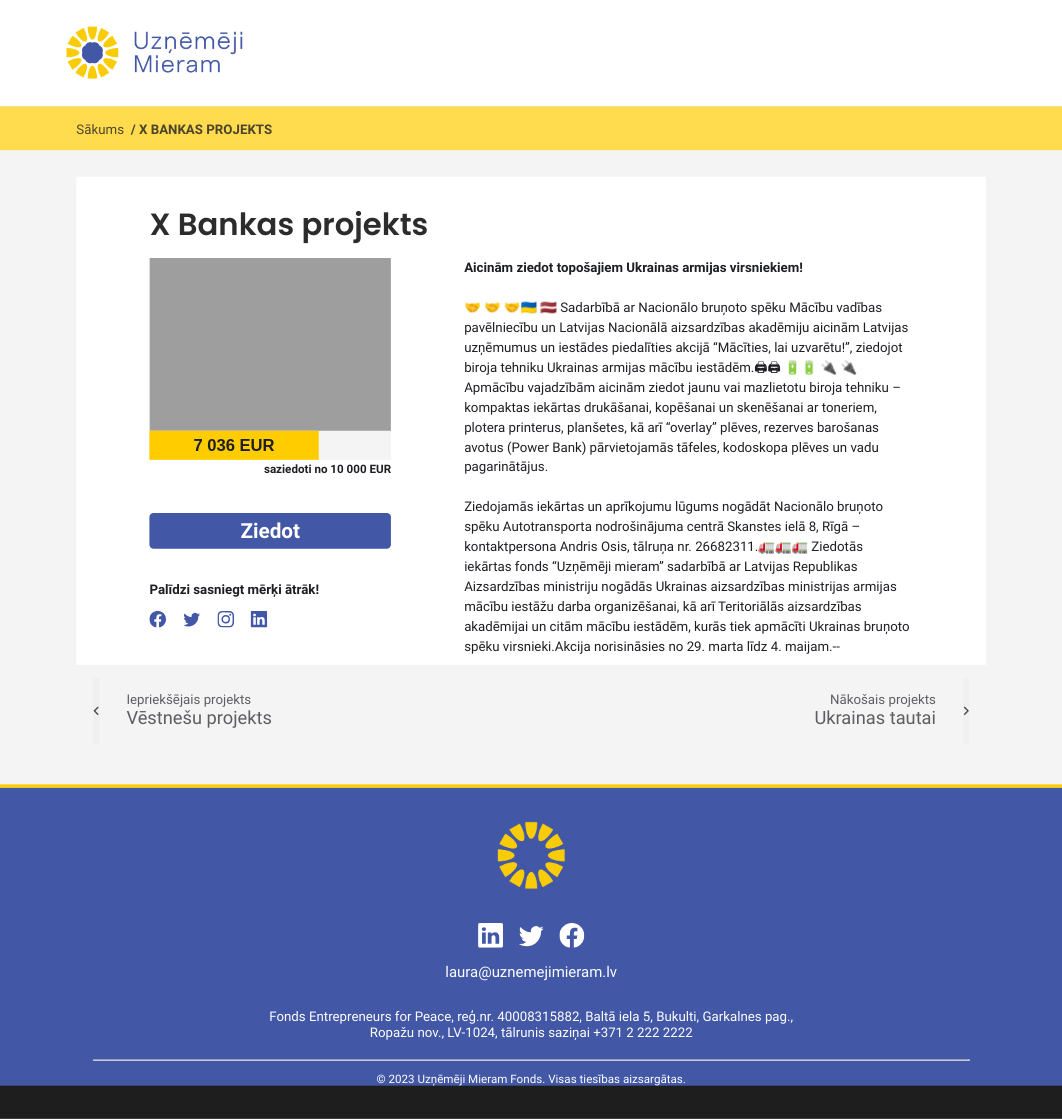
Repository: KatrinaPa/projekts11
Page: projekts-xbank.html
The author's editor kept a copy of each file at every save. The page is drawn from the files as they stood at one save, then again after the next save.
The browser window is 1280 px wide. The pictures show the whole page, at 83% of full size.
Pictures or frames that could not be fetched are drawn as grey boxes.

Above is the page before, as saved 2023-05-30 23:51:25.
Console error: TypeError: Cannot read properties of null (reading 'children')

After the next save:
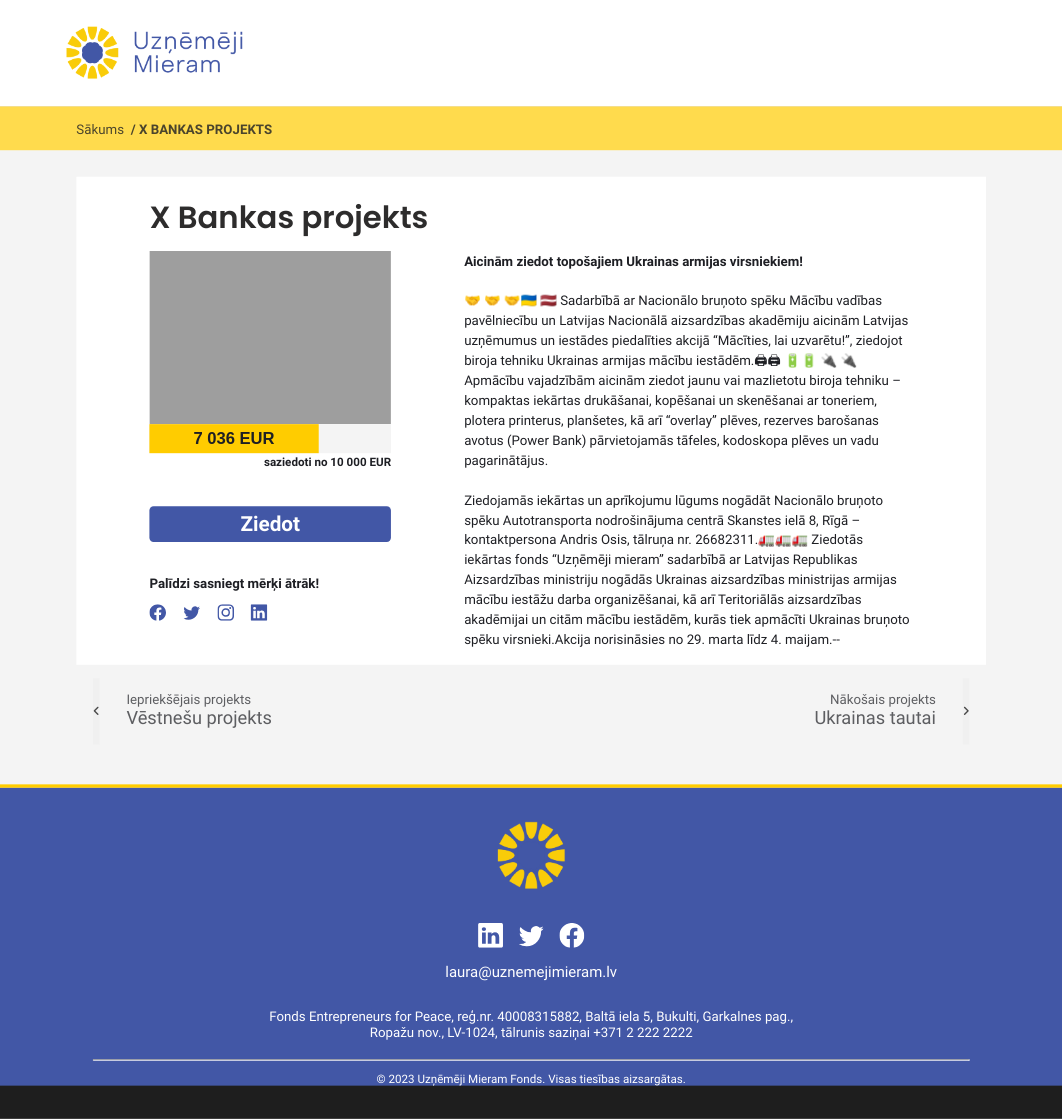
Saved 28 s later.
--- a/assets/projekti.css
+++ b/assets/projekti.css
@@ -71,7 +71,7 @@ h1 {
 }
 
 .carousel_project h1 {
-    padding: 2rem 0 1rem 5.5rem;
+    padding: 1.5rem 0 1rem 5.5rem;
 }
 
 .donate_project-left {
